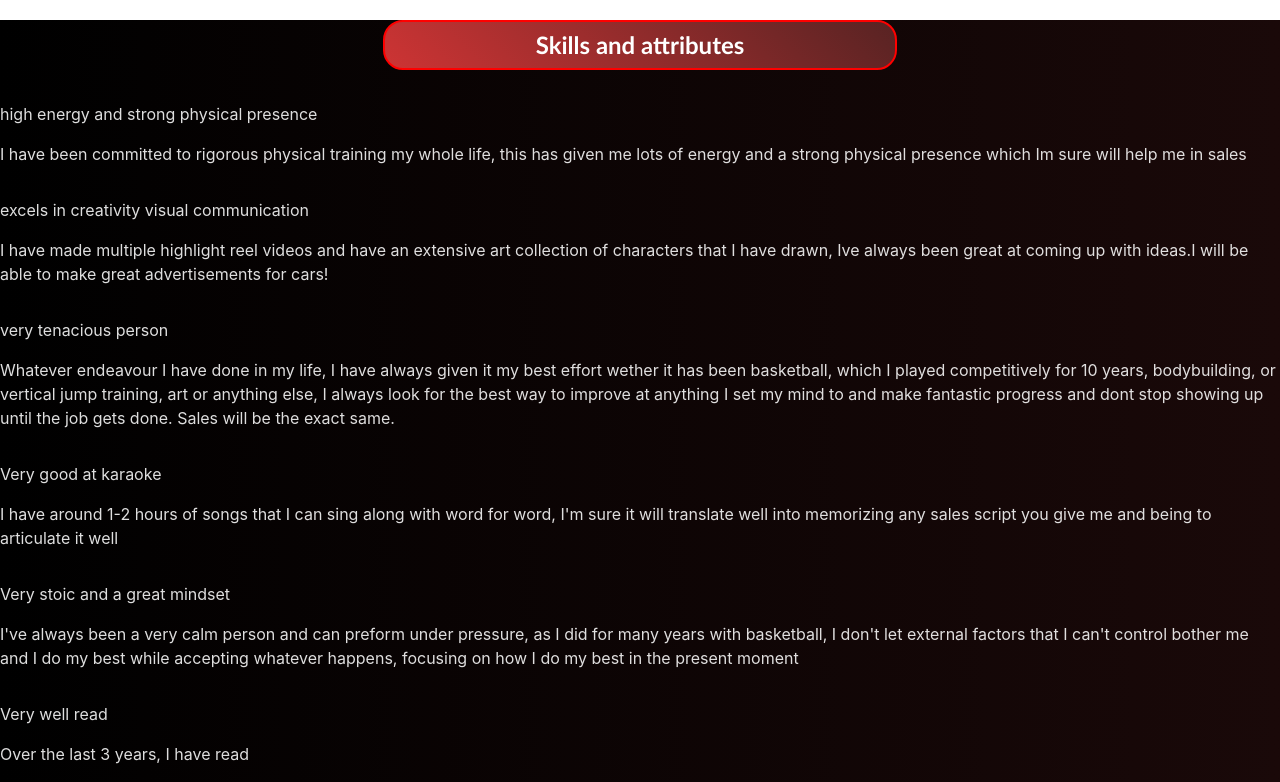
Repository: TMuse333/resume1
Page: /
The author's editor kept a copy of each file at every save. The page is drawn from the files as they stood at one save, then again after the next save.
The browser window is 1280 px wide. The pictures show the whole page.
The project was rebuilt for these pictures with package versions that can differ from the ones it lists, and the page was loaded fresh each time. Also part of the build but not shown: vite.config.js, src/components/navbar.jsx, src/components/about.jsx, src/components/contact.jsx, src/components/footer.jsx, src/components/experience.jsx, src/components/carousel.jsx, src/components/experienceCarousel.jsx and 4 more. Imported but missing from the stored project, and not drawn on this page: src/images/best_dunk.mp4.

Above is the page before, as saved 2023-10-18 15:03:49.

### index.html
<!doctype html>
<html lang="en">
  <head>
    <meta charset="UTF-8" />

    <meta name="viewport" content="width=device-width, initial-scale=1.0" />
    <title>Thomas Musial Resume 1</title>
  </head>
  <body>
    <div id="root"></div>
    <script type="module" src="/src/main.jsx"></script>
  </body>
</html>

### src/main.jsx
import './index.css'
import * as React from 'react';
import { StrictMode } from 'react';
import { createRoot } from 'react-dom/client';
import { BrowserRouter } from 'react-router-dom';

import App from './App';

const rootElement = document.getElementById('root');
const root = createRoot(rootElement);

root.render(
  <StrictMode>
    <BrowserRouter>
      <App />
    </BrowserRouter>
  </StrictMode>
);

### src/index.css
:root {
  font-family: Inter, system-ui, Avenir, Helvetica, Arial, sans-serif;
  line-height: 1.5;
  font-weight: 400;

  /* color-scheme: light dark; */
  color: rgba(255, 255, 255, 0.87);
  background-color: #242424;

  font-synthesis: none;
  text-rendering: optimizeLegibility;
  -webkit-font-smoothing: antialiased;
  -moz-osx-font-smoothing: grayscale;
  -webkit-text-size-adjust: 100%;
}

a {
  font-weight: 500;
/* color:black; */
  text-decoration: inherit;
}
a:hover {

}

body {
  margin: 0;
  display: flex;
  place-items: center;
  min-width: 320px;
  min-height: 100vh;
}

h1 {
  font-size: 3.2em;
  line-height: 1.1;
}

button {
  border-radius: 8px;
  border: 1px solid transparent;
  padding: 0.6em 1.2em;
  font-size: 1em;
  font-weight: 500;
  font-family: inherit;

  cursor: pointer;
  transition: border-color 0.25s;
}
button:hover {

}
button:focus,
button:focus-visible {

}

@media (prefers-color-scheme: light) {
  :root {
    /* color: #213547; */
    background-color: #ffffff;
  }
  a:hover {

  }
  button {
    background-color: #f9f9f9;
  }
}

### src/App.jsx
import { useState } from 'react'
import './App.css'
import {
  BrowserRouter as Router,

  Route, Routes

} from "react-router-dom";




import MainLayout from './components/MainLayout';

import { SkillProvider } from './context/context'
import FAQ from './components/FAQ';
import Progress from './components/progress';


function App() {
  return (
    <>

    <SkillProvider>
   <Routes>

      <Route path='/' element={<MainLayout/>}/>
     <Route path="/FAQ" element={<FAQ/>}/>
     <Route path="/progress" element={<Progress/>}/>
      </Routes>
      </SkillProvider>


   </>
  );
}

export default App;

### src/components/MainLayout.jsx
import React from 'react';
import Navbar from './navbar';
import About from './about';
import Skills from './skills';

import ContactForm from './contact';
import Footer from './footer';
import Carousel from './carousel';



import ExperienceCarousel from './experienceCarousel';
import BulletPointList from './bulletPointList';

 // Replace with the actual path to your Navbar component

function MainLayout({ children }) {
  return (
   <>
   {/* <Navbar/> */}
   {/* <About/> */}
   <Skills/>
   {/* <BulletPointList/> */}
  {/* <Carousel/> */}
    {/* <ExperienceCarousel/> */}
    {/* <ContactForm/> */}
    {/* <Footer/> */}
    </>


  );
}

export default MainLayout;

### src/context/context.jsx
// SkillContext.js

import React, { createContext, useContext, useState } from 'react';

// Create the SkillContext
const SkillContext = createContext();

// Create a custom hook for accessing the SkillContext
export function useSkillContext() {
  return useContext(SkillContext);
}

// Create the SkillProvider component
export function SkillProvider({ children }) {
  const [selectedSkillIndex, setSelectedSkillIndex] = useState(null);

  return (
    <SkillContext.Provider value={{ selectedSkillIndex, setSelectedSkillIndex }}>
      {children}
    </SkillContext.Provider>
  );
}

### src/components/skills.jsx
import React, { useEffect, useState } from 'react';
import { motion } from 'framer-motion';
import { attributes } from './skillDesc';

import { services } from './skillDesc';
import { useSkillContext } from '../context/context';

const Skills = () => {
  const [skillsInView, setSkillsInView] = useState(Array(services.length).fill(false));
  const { selectedSkillIndex, setSelectedSkillIndex } = useSkillContext();
  const [isHovered, setIsHovered] = useState(-1)
  const [isSkillDescriptionVisible, setIsSkillDescriptionVisible] = useState(Array(services.length).fill(false));


  const handleSkillClick = (index) => {
    setSelectedSkillIndex(index);
    console.log(selectedSkillIndex)

    setIsSkillDescriptionVisible((prev) => {
      const newIsSkillDescriptionVisible = [...prev];
      newIsSkillDescriptionVisible[index] = !prev[index];

      return newIsSkillDescriptionVisible;
    });
  };



  const handleHover = () => {
        setIsHovered(index)
  }


  const style = (index) =>( {

    height: selectedSkillIndex === index  && isSkillDescriptionVisible[index]? '375px' : '200px',
    transition: 'height 0.3s ease-in-out',
  })





  const staggerVariants = {
    visible: (index) => ({
      opacity: 1,
      x: 0,
       // Always start from the center
      transition: {
        duration:  + 0.5,
      },
    }),
    hidden: (index) => ({
      opacity: 0,
      x: -100, // Alternate between left and right
    }),
  };

  const skillStyles = (index) => ({
    // boxShadow: isHovered === index ? '0 0 100px rgba(10, 128, 0, 1)' : null,
    backgroundColor: isHovered === index ? 'rgba(305, 100, 100, 1)' : 'transparent',

    transform: isHovered === index ? 'scale(1.2)' : 'scale(1)',
    padding: '10px',
    borderRadius: '30px'

});

  useEffect(() => {
    const handleScroll = () => {
      services.forEach((skill, index) => {
        const skillsSection = document.getElementById(`skill-${index}`);
        if (skillsSection) {
          const { top} = skillsSection.getBoundingClientRect();


          const threshold = 100

          // Check if the skills section is in the viewport with the calculated threshold
          const isInView = top < window.innerHeight - threshold  ;
      //    console.log(`Skill ${index} - top: ${top}, window.innerHeight - threshold: ${window.innerHeight - threshold}, isInView: ${isInView}`);
          // Update the skillsInView array with the new in-view state
          setSkillsInView((prevSkillsInView) => {
            const newSkillsInView = [...prevSkillsInView];
            newSkillsInView[index] = isInView || prevSkillsInView[index]; // Update the state to true if already in view
            return newSkillsInView;
          });
        }
      });
    };

    // Add an event listener for scroll
    window.addEventListener('scroll', handleScroll);

    // Clean up the event listener when the component unmounts
    return () => {
      window.removeEventListener('scroll', handleScroll);
    };
  }, []);




  return (
    <section className="skills-section">
      <h2 className="section-title">Skills and attributes</h2>
      <div className="skills-container ">
        {attributes.map((skill, index) => (
         <div>
          <p>{skill.name}</p>
          <p>{skill.description}</p>
         </div>
        ))}
      </div>
    </section>
  );
};

export default Skills;

### src/components/skillDesc.js
import vegeta from '../images/vegeta-battle.png';
import majinVegeta from '../images/majin-vegeta.png'
import kakashi from '../images/kakashi-susanoo.jpg'
import abu from '../images/abu.png'
import obito from '../images/war_obito.jpg'
import ss1goku from '../images/ss1-goku.png'
import kakashi1 from '../images/first-kakashi.jpg'
import itachi1 from '../images/first-itachi.png'
import susanoo from '../images/susanoo.jpg'
import abuFlex from '../images/aboubacar-5-fire.png'
import vegeta1 from '../images/first-vegeta.png'
import abu1 from '../images/abu3.jpg'
import broly from '../images/broly.jpg'



import dunk from '../images/important_dunk.jpg'
import art from '../images/vegeta_progress.jpg'
import muscle from '../images/muscular_thomas.png'
import goku from '../images/goku-vs-jiren.jpg'

import smallTom from '../images/progress-pics/biggerTMuse.jpg'
import biggerTom from '../images/progress-pics/biggerTMuse.jpg'






export const experiences = [
  {
    title: 'Gym progress',
    description: 'Since the age of 13, I have been dedicated to building a strong body through weight training. '+
    'This has given me a high work capacity and how to deal with stress and work through it, which Im sure is an important skill for sales',
    image: muscle,
    height: 200,
    width: 30,
    maxWidth: 350,
    index:0


  },
  {
    title: 'Drawing progress',
    description: 'Ever since I was a young boy, I have been into drawing, it taught me how to really focus on a particular object and copy it detail for detail '+
    'I am sure I will be able to apply the focus and attention to detail into a sales career! Im sure it will also translate into creating useful and unique advertisements!',
    image: abuFlex,
    height: 50,
    width: 80,
    maxWidth: '300',
    index:1


  },
  {
    title: 'Dunking progress',
    description: "Wanting to ability to dunk for basketball, I dedicated myself to vertical jump training, "+
    "which took a lot more effort and planning than regular bodybuilding. "+
    "I will take the same structured approach to learning the art of sales!",
    image: dunk,
    height: 500,
    width: 250,
    maxWidth: '300',
    index:2

  },


]





  export const services = [
    {
      name: 'A very disciplined and focused individual',
      description: 'I live a very structured life to ensure that no precious time is wasted.'+
      'I always ensure to get around 2 to 4 hours of concentrated work with no distractions in a day while going to the gym first thing in the morning.'+
      ' while ending the day with an hour long meditation.'
    },
    // {
    //   name: 'Strong thirst for knowledge',
    //   description: 'I am always looking for new ways to improve my life and learn how the world works and why. '+
    //   'Over the last two years I have read approximately 45 books covering subjects on self development, psychology and quantum physics among other subjects '+
    //   "to try and understand the best way to navigate through life"
    // },
    // {
    //   name: 'Very calm individual and high stress tolerance',
    //   description: "As a very focused person, I dont let other meaningless external factors effect the primary objective."+
    //   'Through years of competitive basketball and years of weight lifting, I have learned how to preform under pressure situations '+
    //   'and complete the objective. I also practice stoicism and accept things the way they are and focus only on what I can control.'
    // },
    // {
    //   name: 'Very coachable',
    //   description:
    //   'Through out my basketball years I was very obidient to my coaches and did as I was told.'+
    //   'I will take whatever sales training you give me very seriously and do my best to implement it effectivley'
    // },
    // {
    //   name: 'Very tenacious',
    //   description: `Whatever task or subject I've taken on in my life, I have dedicated substantial periods of time to improve at it,` +
    //   'Whenever I put my mind to something I put all of my effort into it and made great improvements at it.'+
    //   " I am ready for sales to be the next thing I become great at."
    // },
    // {
    //   name: 'Competent with technology',
    //   description: 'I completed two years of computer science at Dalhousie university, giving me a solid foundation on how '+
    //   "to use technology. I even built this website myself!"
    // },
    // {
    //   name: 'Very well presented',
    //   description: 'I am aware that how you present yourself matters in a sales job '+
    //   "and I put substantial effort into my appearance by staying in great shape and putting together nice business orientated outfits on to be taken seriously"
    // },
    // {
    //   name: 'Thrives on diligence and hard work.',
    //   description: 'I am a man who is built to work, especially at my young age of 20 where I have large amounts of energy to expend.'+
    //   `I always put my best effort forward because I dislike being lazy and wasting all of my potential, as you only live once.` +
    //   'Where ever I go I put my best foot forward and do my best to gain the maximum benefit from anything I do'
    // },
    // Add more services here if needed
  ];


export const progress = [


  {
    name:'art progress',
    images:[
      {
        name:vegeta1,
        style: {
          width:'50vw',
          maxWidth: '400px',
          maxHeight: null,
          transform: 'translateY(25%)'
        }
      },

      {
        name:vegeta,
        style: {
          width:'50vw',
          maxWidth: '400px',
          maxHeight:'600px'
        }
      },
      {
        name:ss1goku,
        style: {
          width:'50vw',
          maxWidth: '400px',
          maxHeight: '454px',
          transform: 'translateY(25%)',
         // height:'454px'
        }
      },
      {
        name:broly,
        style: {
          width:'50vw',
          maxWidth: '400px',
          maxHeight:'600px'
        }
      },
      {
        name:kakashi1,
        style: {
          width:'50vw',
          maxWidth: '400px',
          maxHeight: null,
          transform: 'translateY(25%)'
        }
      },
      {
        name:kakashi,
        style: {
          width:'50vw',
          maxWidth: '400px',
          maxHeight:'600px'
        }
      },
      {
        name:abu1,
        style: {
          width:'50vw',
          maxWidth: '400px',
          maxHeight:'600px',
        //  height: '231px'
        }
      },
      {
        name:abuFlex,
        style: {
          width:'50vw',
          maxWidth: '400px',
          maxHeight:'600px',
          transform: 'translateY(20%)',
      //  height:'311px'
        }
      },

    ],
    description:
    'art is phenomenal'

  },

]


export const attributes = [
  {
    name: 'high energy and strong physical presence',
    description:'I have been committed to rigorous physical training my whole life, '+
    'this has given me lots of energy and a strong physical presence which Im sure will '+
    'help me in sales'
  },
  {
    name:'excels in creativity visual communication',
    description:'I have made multiple highlight reel videos and have an extensive art '+
    'collection of characters that I have drawn, Ive always been great at coming up with ideas.'+
    'I will be able to make great advertisements for cars!'
  },
  {
    name:'very tenacious person',
    description:'Whatever endeavour I have done in my life, I have always given it my best effort '+
    'wether it has been basketball, which I played competitively for 10 years, bodybuilding, or vertical jump training, art or '+
    'anything else, I always look for the best way to improve at anything I set my mind to and make fantastic progress and dont stop '+
    'showing up until the job gets done. Sales will be the exact same.'
  },
  {
    name:'Very good at karaoke',
    description:'I have around 1-2 hours of songs that I can sing along with word for word, '+
    "I'm sure it will translate well into memorizing any sales script you give me and being to articulate it well"
  },
  {
    name:'Very stoic and a great mindset',
    description:"I've always been a very calm person and can preform under pressure, as I did for many years "+
    "with basketball, I don't let external factors that I can't control bother me and I do my best while accepting whatever happens, "+
    "focusing on how I do my best in the present moment"
  },
  {
    name:'Very well read',
    description:'Over the last 3 years, I have read '
  }

]

Loaded but not shown: src/App.css (713 lines, source omitted)

After the next save:
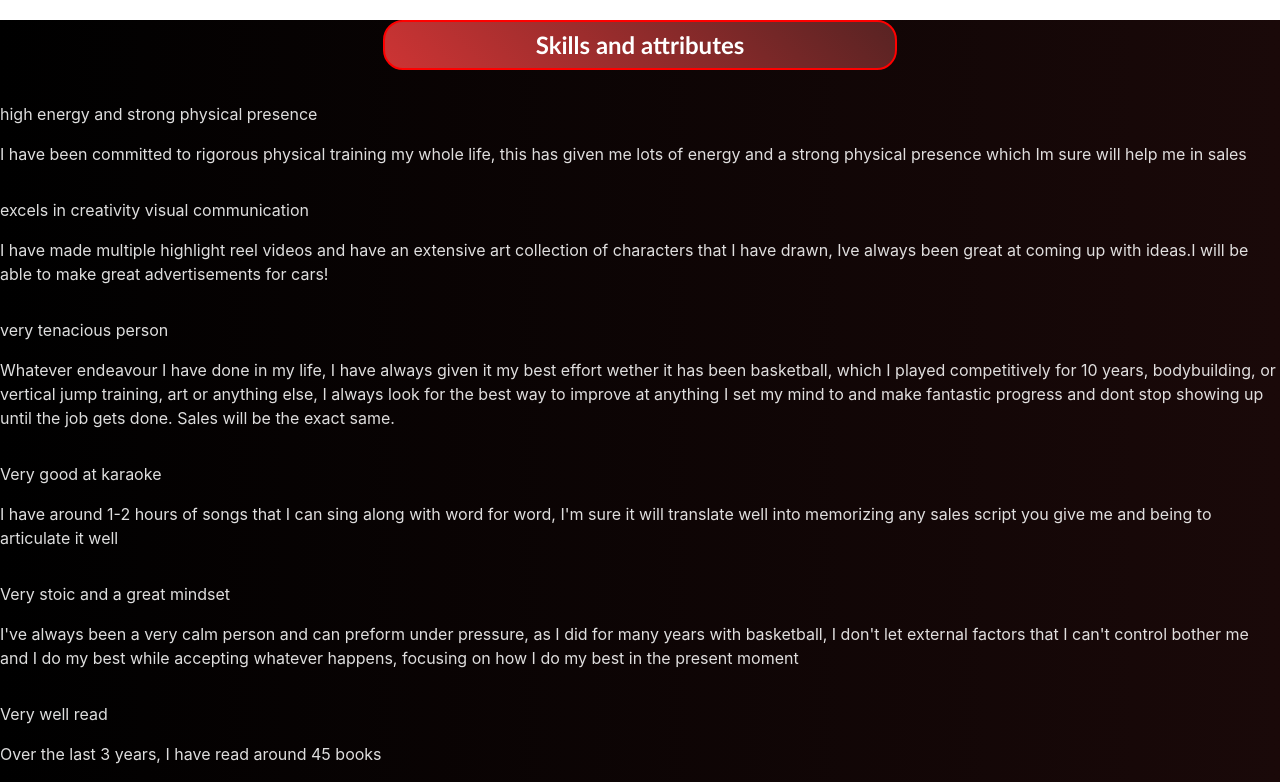
Saved 7 s later.
--- a/src/components/skillDesc.js
+++ b/src/components/skillDesc.js
@@ -244,7 +244,7 @@ export const attributes = [
   },
   {
     name:'Very well read',
-    description:'Over the last 3 years, I have read '
+    description:'Over the last 3 years, I have read around 45 books '
   }
 
 ]
